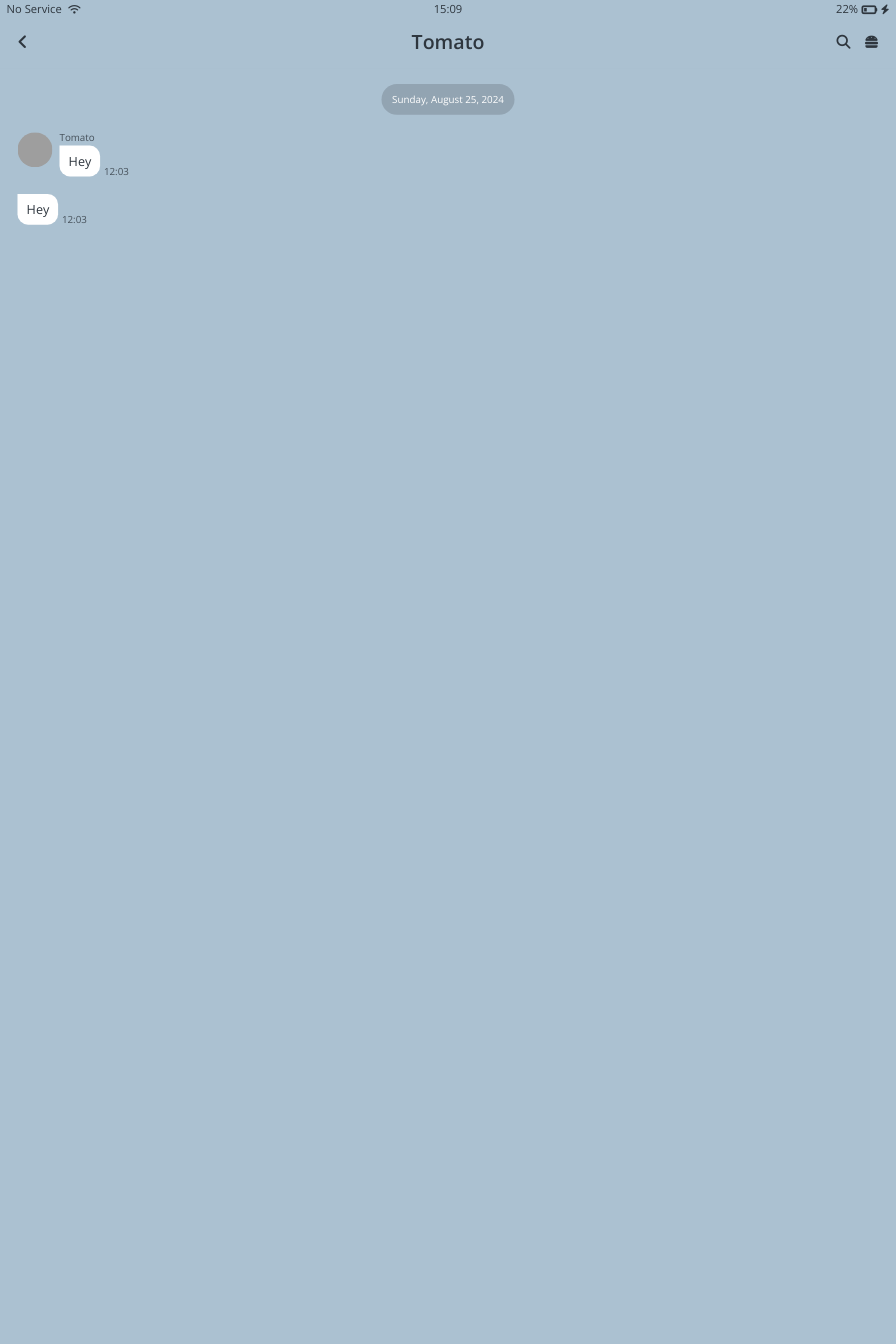
Repository: mjey14/kokoa-clone-2024-08
Page: chat.html
An editor plug-in stored every save of this project. The page is shown before and after the next save, followed by the edit.
The browser window is 1280 px wide. The pictures show the part of the page from y = 0 to 1920 px (the page is 79320 px tall), at 70% of full size.
Pictures or frames that could not be fetched are drawn as grey boxes. Some web libraries are served in a nearby version.

Above is the page before, as saved 2024-08-25 20:58:05.

After the next save:
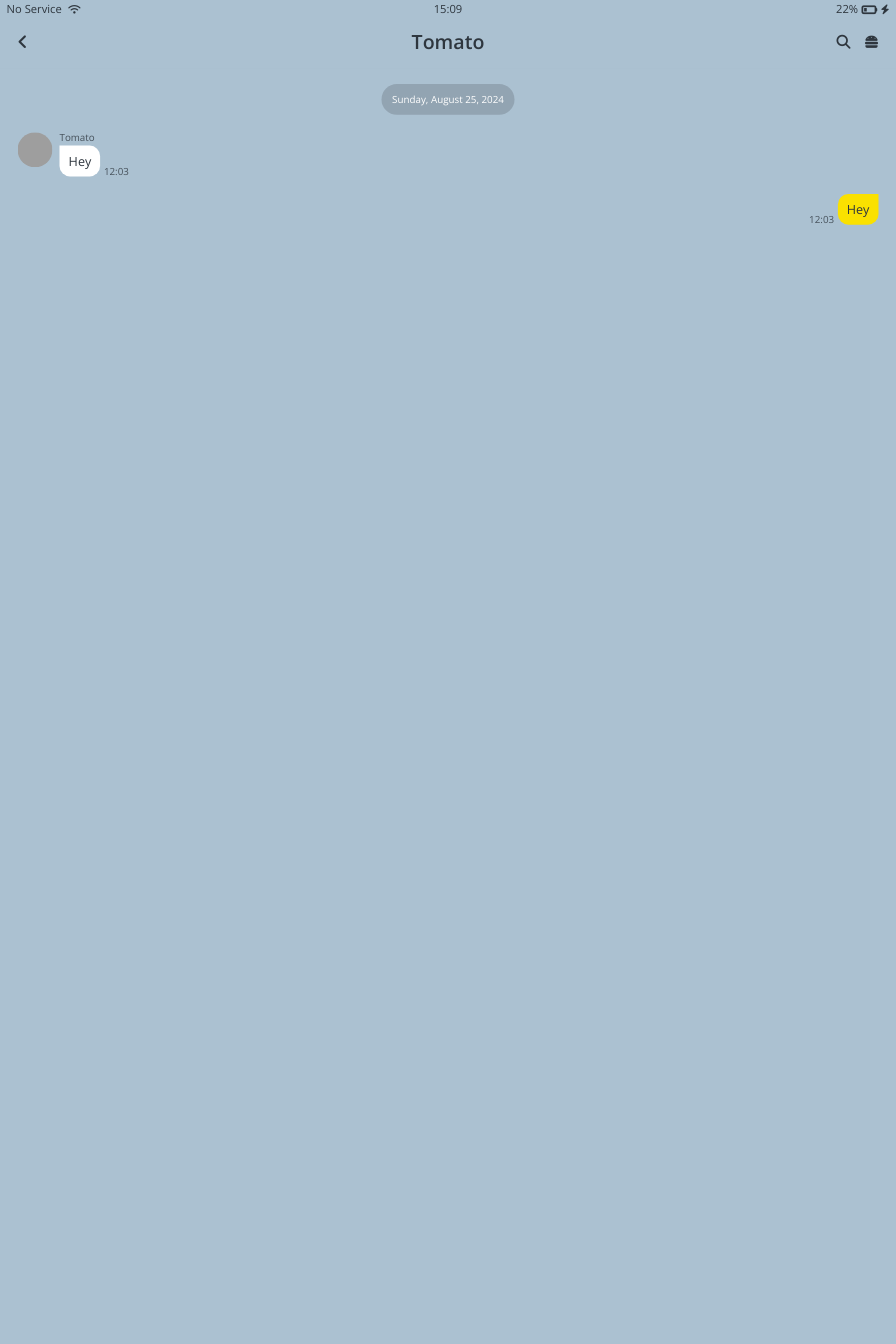
Saved 10 s later.
--- a/css/screens/chat.css
+++ b/css/screens/chat.css
@@ -86,3 +86,18 @@
   opacity: 0.8;
   font-size: 14px;
 }
+.message-row--own {
+  justify-content: flex-end;
+}
+
+.message-row--own .message__bubble {
+  background-color: var(--yellow);
+  border-top-right-radius: 0px;
+  border-top-left-radius: 15px;
+  margin-right: 0px;
+  margin-left: 5px;
+}
+
+.message-row--own .message__info {
+  flex-direction: row-reverse;
+}
